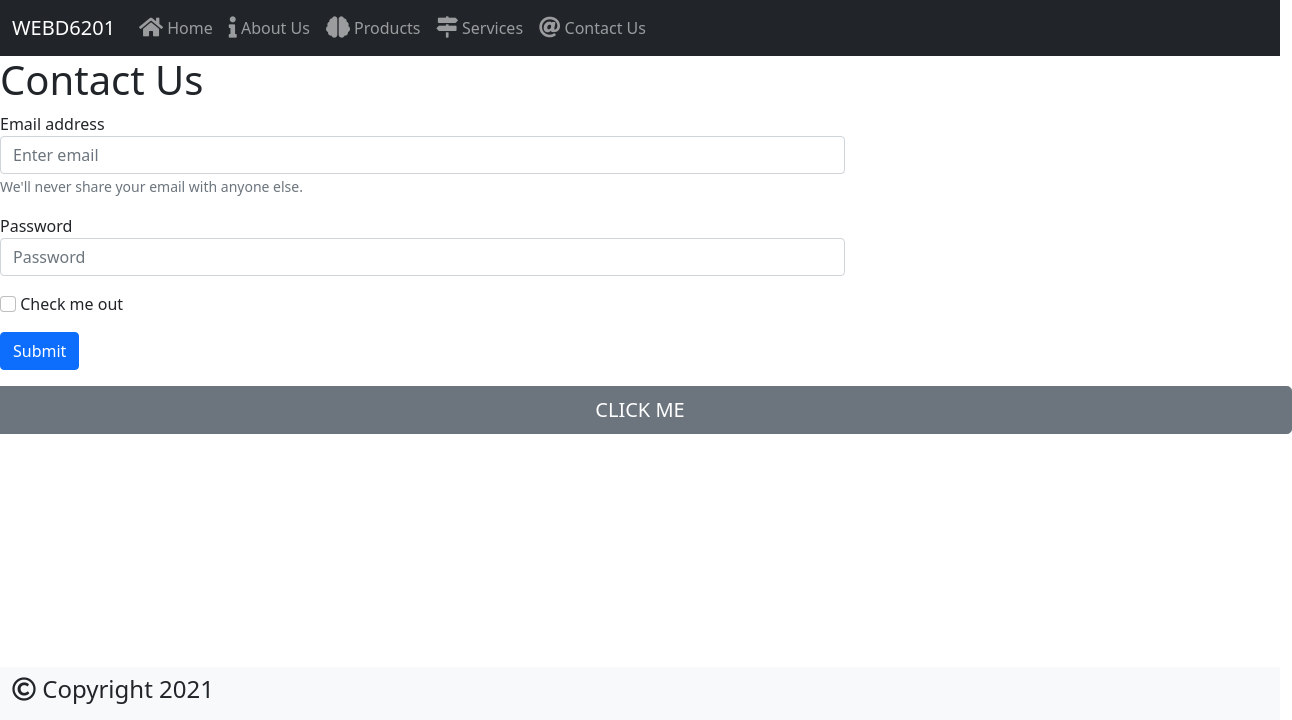
Repository: GarlicButterBoy/WEBD6201-Week1
Page: contact.html
An editor plug-in stored every save of this project. The page is shown before and after the next save, followed by the edit.
The browser window is 1280 px wide. The page is 1292 px wide, so the pictures cover 1292 px, including what lies to the right of the window. The pictures show the whole page.

Above is the page before, as saved 2021-01-21 09:17:29.

After the next save:
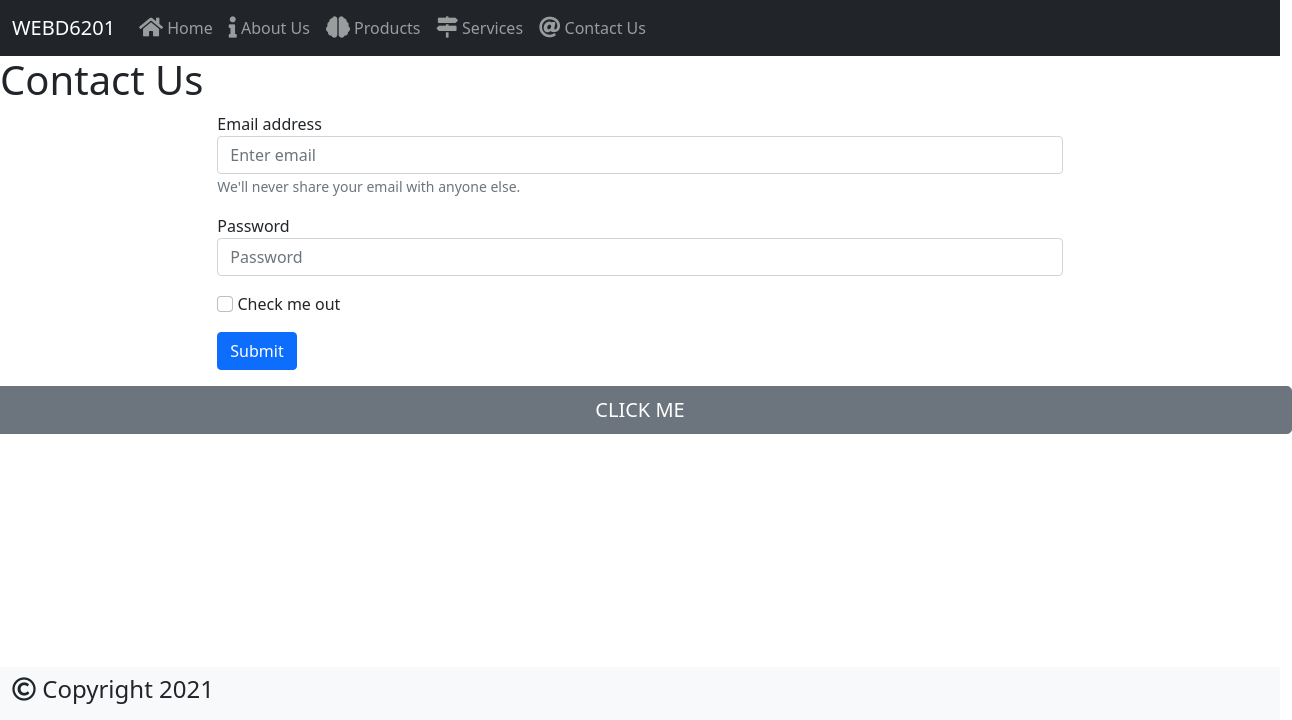
Saved 8 s later.
--- a/contact.html
+++ b/contact.html
@@ -56,7 +56,7 @@
           </nav>
     </header>
 <!--Main Content-->
-    <main class="row ustify">
+    <main class="row justify-content-md-center">
         <h1>Contact Us</h1>
 
         <form class="col-8">
